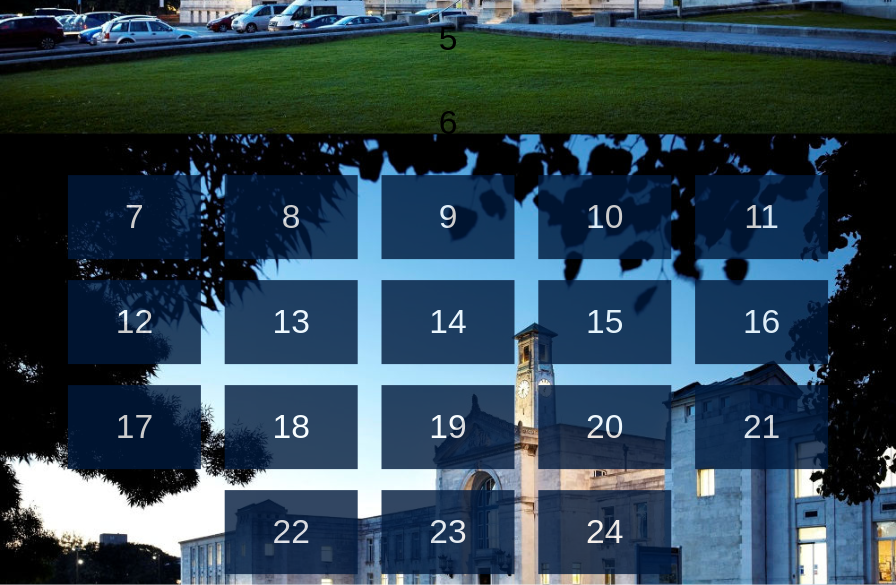
Repository: Domehead123/advent
Page: index.html
The author's editor kept a record of every edit. The page is drawn from the files as they stood at one moment, then again after the next edit.
The browser window is 1280 px wide. The pictures show the part of the page from y = 603 to 2523 px (the page is 1438 px tall before and 2998 px after), at 70% of full size.

Above is the page before.

### index.html
<!DOCTYPE html>
<html lang="en">
<head>
    <meta charset="UTF-8">
    <meta name="viewport" content="width=device-width, initial-scale=1.0">
    <meta http-equiv="X-UA-Compatible" content="ie=edge">
    <link rel="stylesheet" href="style.css" type="text/css" />
    <title>Document</title>
</head>
<body>
    <div class="window-wrapper">
        <div class="window">

        <div class="window-open"><a href="https://www.southampton.gov.uk/roads-parking/highway/mot/"></span><span class="window-header">MOT service</span>
        <span class="abstract">Our expert team can provide independent and impartial inspections</span><span class="day">1</span></a></div>
        <div class="window-closed">1</div>
        </div>

        <div class="window-closed">2</div>
        <div class="window-closed">3</div>
        <div class="window-closed">4</div>
        <div class="window-closed">5</div>
        <div class="window-closed">6</div>
        <div class="window"><div class="window-closed">7</div></div>
        <div class="window"><div class="window-closed">8</div></div>
        <div class="window"><div class="window-closed">9</div></div>
        <div class="window"><div class="window-closed">10</div></div>
        <div class="window"><div class="window-closed">11</div></div>
        <div class="window"><div class="window-closed">12</div></div>
        <div class="window"><div class="window-closed">13</div></div>
        <div class="window"><div class="window-closed">14</div></div>
        <div class="window"><div class="window-closed">15</div></div>
        <div class="window"><div class="window-closed">16</div></div>
        <div class="window"><div class="window-closed">17</div></div>
        <div class="window"><div class="window-closed">18</div></div>
        <div class="window"><div class="window-closed">19</div></div>
        <div class="window"><div class="window-closed">20</div></div>
        <div class="window"><div class="window-closed">21</div></div>
        <div class="window"><div class="window-closed">22</div></div>
        <div class="window"><div class="window-closed">23</div></div>
        <div class="window"><div class="window-closed">24</div></div>





    </div>
</body>
</html>

### style.css
body {
    background-image: url("images/civic-centre-2.jpg");
    background-size: cover;
    background-position: center;
    height: 100vh;
}

.window-wrapper {
    padding: 80px 50px 0 50px;
    text-align: center;
}

.window  {
    background: #00193c;
    color: #fff;
    opacity: 0.8;
    width: 190px;
    height: 120px;

    display: inline-block;
    vertical-align: top;
    margin: 15px;
}

.window-closed {
    font-size: 3em;
    text-align: center;
    font-family: "franklin-gothic-urw",sans-serif;
    line-height: 120px;
}


.window-open  {
    background: #fff;
    text-align: center;
    font-family: "franklin-gothic-urw",sans-serif;
    transition: 0.4s all;
    position: relative;
    top: -120px;
}

.window-open:hover {
   background: #ddd;
}

.day {
    display: inline-block;
    position: relative;
    top: -90px;
    left: -130px;
    color: #333;
    font-size: 0.9em;
    text-decoration: none;
}

.window-open a {
    text-decoration: none;
    color: #00193c;
    transition: 0.4s all;
}

.window-open:hover a {
    text-decoration: underline;
}

.window-header {

font-weight: bold;
margin: 0 0 4px 0;
display: block;
}

.abstract::after {
content: "\203A";
display: inline-block;
text-decoration: none;
font-weight: bold;
line-height: 0;
position: relative;
top: 1px;
left: 3px;
}

After the next edit:
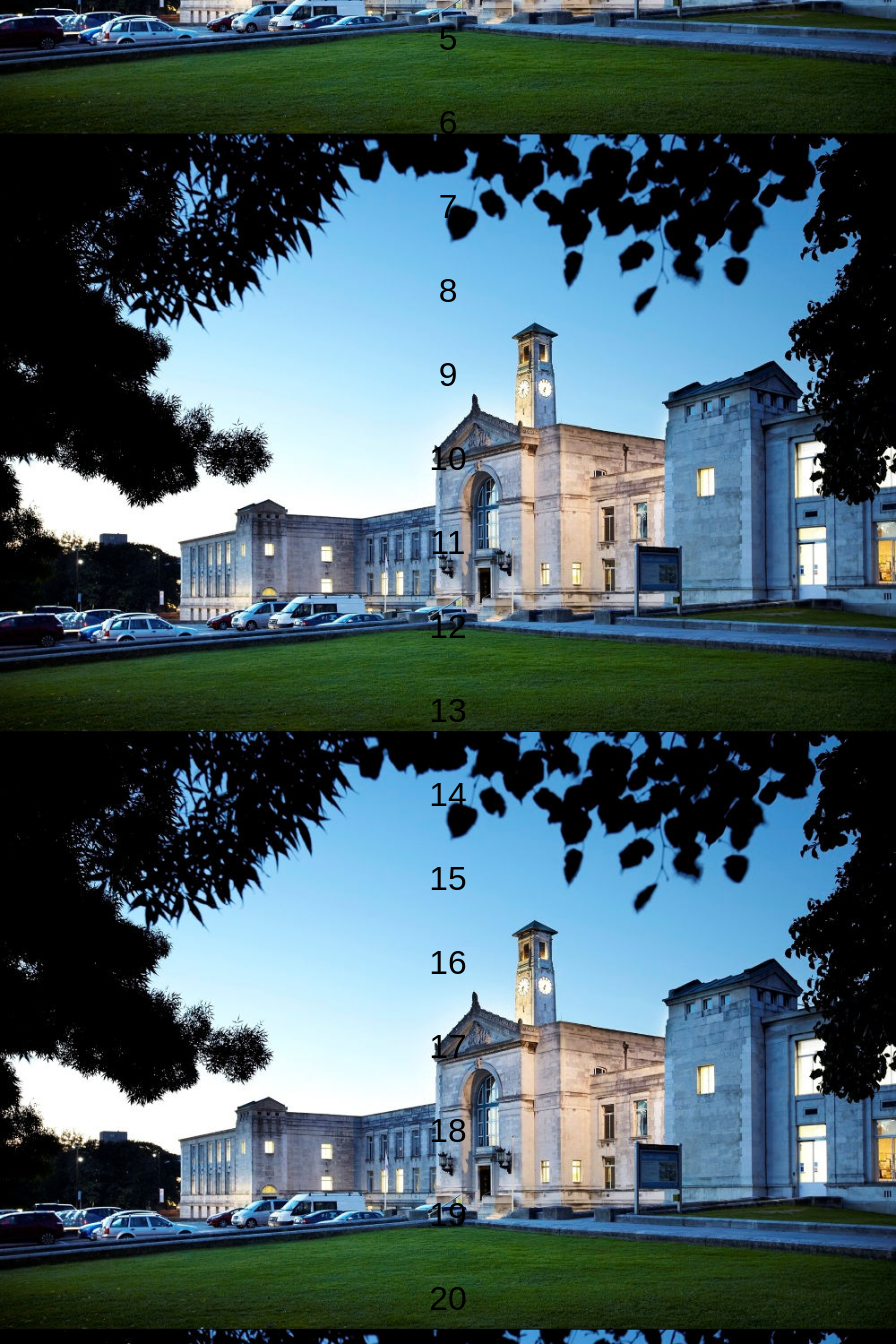
The edit:
--- a/index.html
+++ b/index.html
@@ -21,24 +21,24 @@
         <div class="window-closed">4</div>
         <div class="window-closed">5</div>
         <div class="window-closed">6</div>
-        <div class="window"><div class="window-closed">7</div></div>
-        <div class="window"><div class="window-closed">8</div></div>
-        <div class="window"><div class="window-closed">9</div></div>
-        <div class="window"><div class="window-closed">10</div></div>
-        <div class="window"><div class="window-closed">11</div></div>
-        <div class="window"><div class="window-closed">12</div></div>
-        <div class="window"><div class="window-closed">13</div></div>
-        <div class="window"><div class="window-closed">14</div></div>
-        <div class="window"><div class="window-closed">15</div></div>
-        <div class="window"><div class="window-closed">16</div></div>
-        <div class="window"><div class="window-closed">17</div></div>
-        <div class="window"><div class="window-closed">18</div></div>
-        <div class="window"><div class="window-closed">19</div></div>
-        <div class="window"><div class="window-closed">20</div></div>
-        <div class="window"><div class="window-closed">21</div></div>
-        <div class="window"><div class="window-closed">22</div></div>
-        <div class="window"><div class="window-closed">23</div></div>
-        <div class="window"><div class="window-closed">24</div></div>
+        <div class="window-closed">7</div>
+        <div class="window-closed">8</div>
+        <div class="window-closed">9</div>
+        <div class="window-closed">10</div>
+        <div class="window-closed">11</div>
+        <div class="window-closed">12</div>
+        <div class="window-closed">13</div>
+        <div class="window-closed">14</div>
+        <div class="window-closed">15</div>
+        <div class="window-closed">16</div></div>
+        <div class="window-closed">17</div></div>
+        <div class="window-closed">18</div></div>
+        <div class="window-closed">19</div></div>
+        <div class="window-closed">20</div></div>
+        <div class="window-closed">21</div></div>
+        <div class="window-closed">22</div></div>
+        <div class="window-closed">23</div></div>
+        <div class="window-closed">24</div></div>
 
 
 
